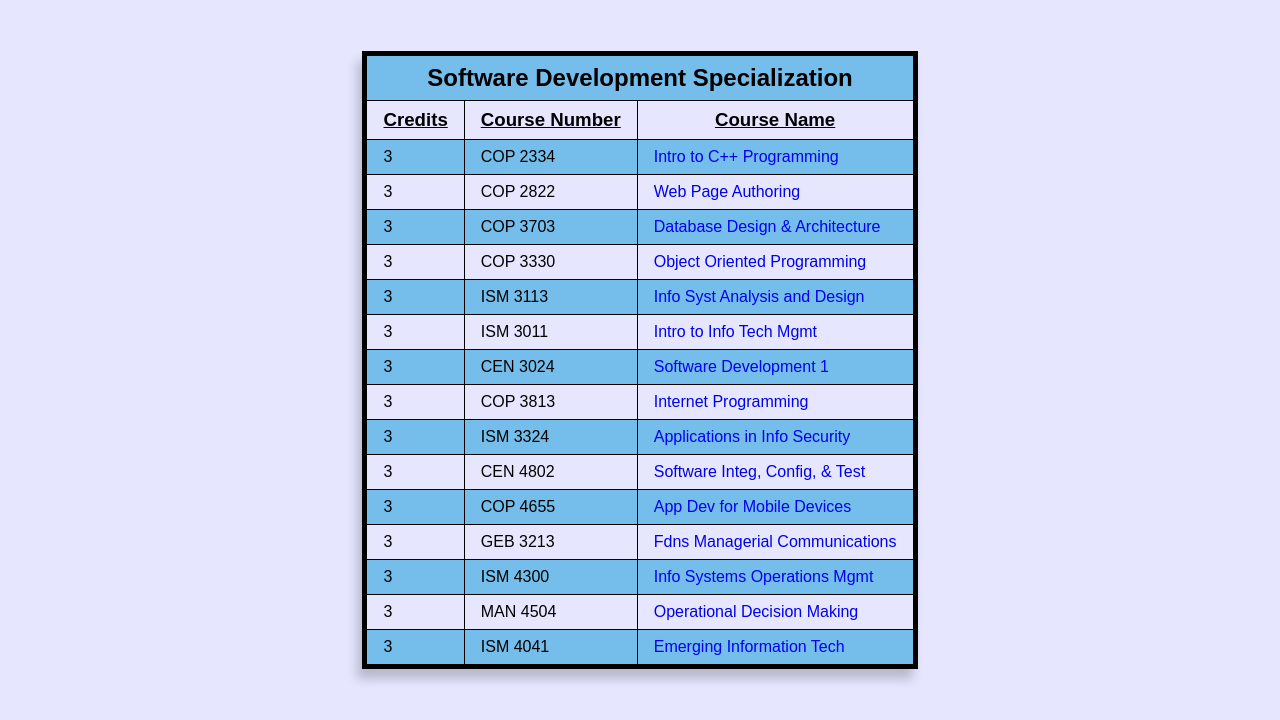
Repository: mlmEFSC21/P5-DegreeTableStyling
Page: FormattedProgramSpecialization3.html
These files come from the project's save history. The page is drawn as it stood at one moment and after the next save; the edit follows.
The browser window is 1280 px wide. The pictures show the whole page.
Some web fonts or font styles are not loaded; a fallback is used.

Above is the page before, as saved 2022-02-07 15:56:06.

After the next save:
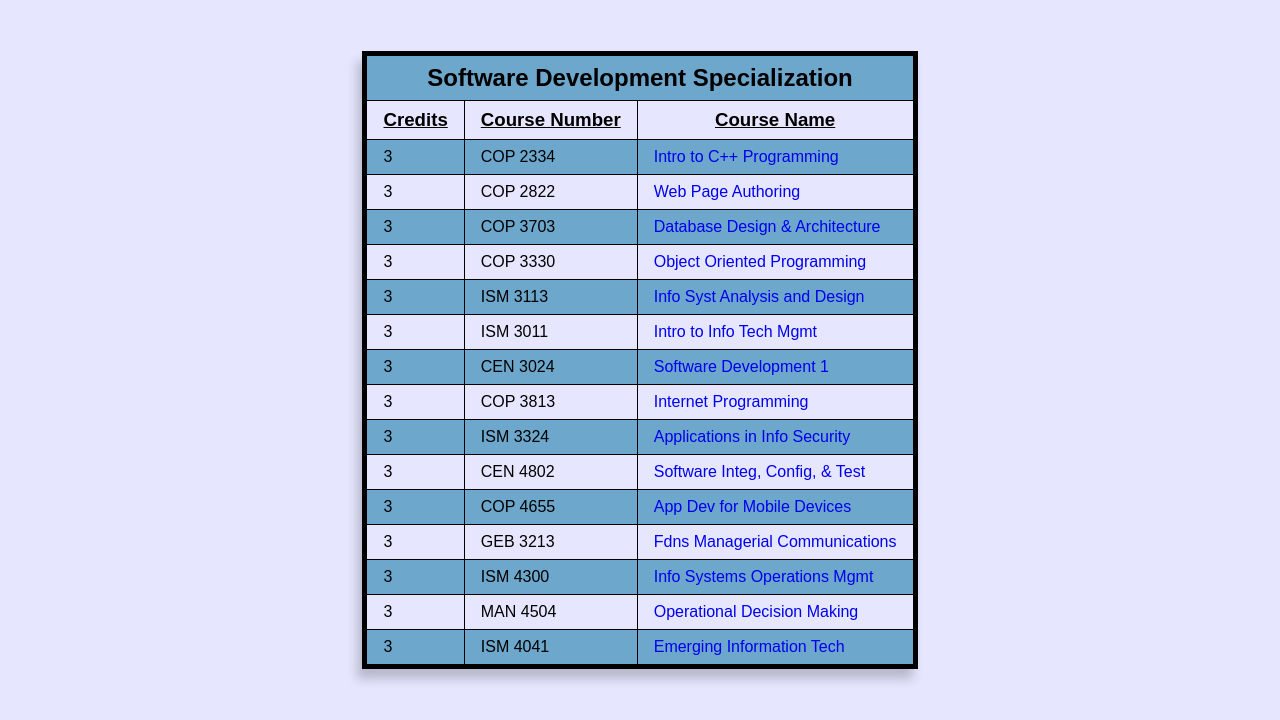
Saved 10 s later.
--- a/tableStyles.css
+++ b/tableStyles.css
@@ -4,7 +4,7 @@
     --clr-prime: #003c5e;
     --clr-second: #1a2028;
     --clr-accent: #8fb500;
-    --clr-font-prime: #75beeb;
+    --clr-font-prime: #6da7cc;
     --clr-font-second: black;
     --clr-background: #e6e6ff;
 }
